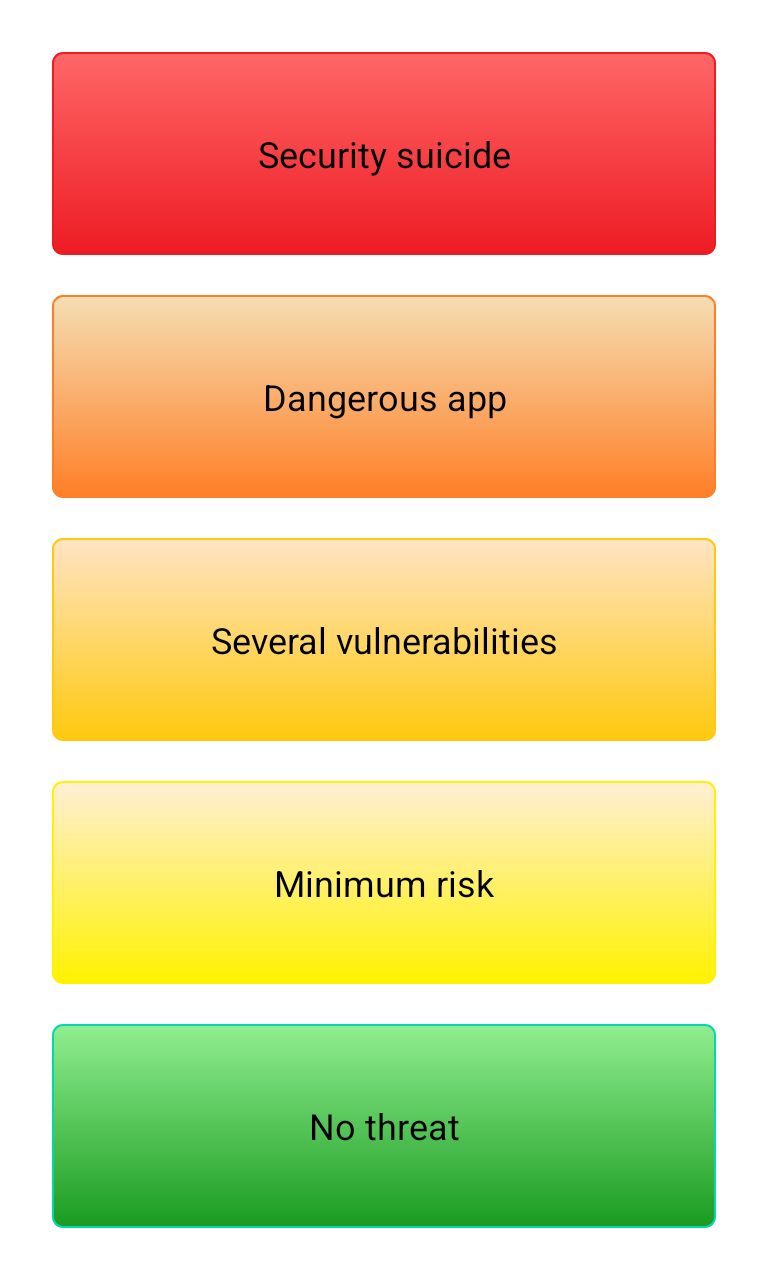
Repository: n0whereman/feidroid
Layout: Src/ApplicationViewer/res/layout/fragment_analysis2.xml
These files come from the project's save history. The layout is drawn as it stood at one moment and after the next save; the edit follows.
It is drawn on a 768 x 1280 px phone screen (xhdpi) without system bars, with theme android:Theme.Holo.Light; the app's code is not run.

Above is the layout before, as saved 2015-04-25 20:35:05.

After the next save:
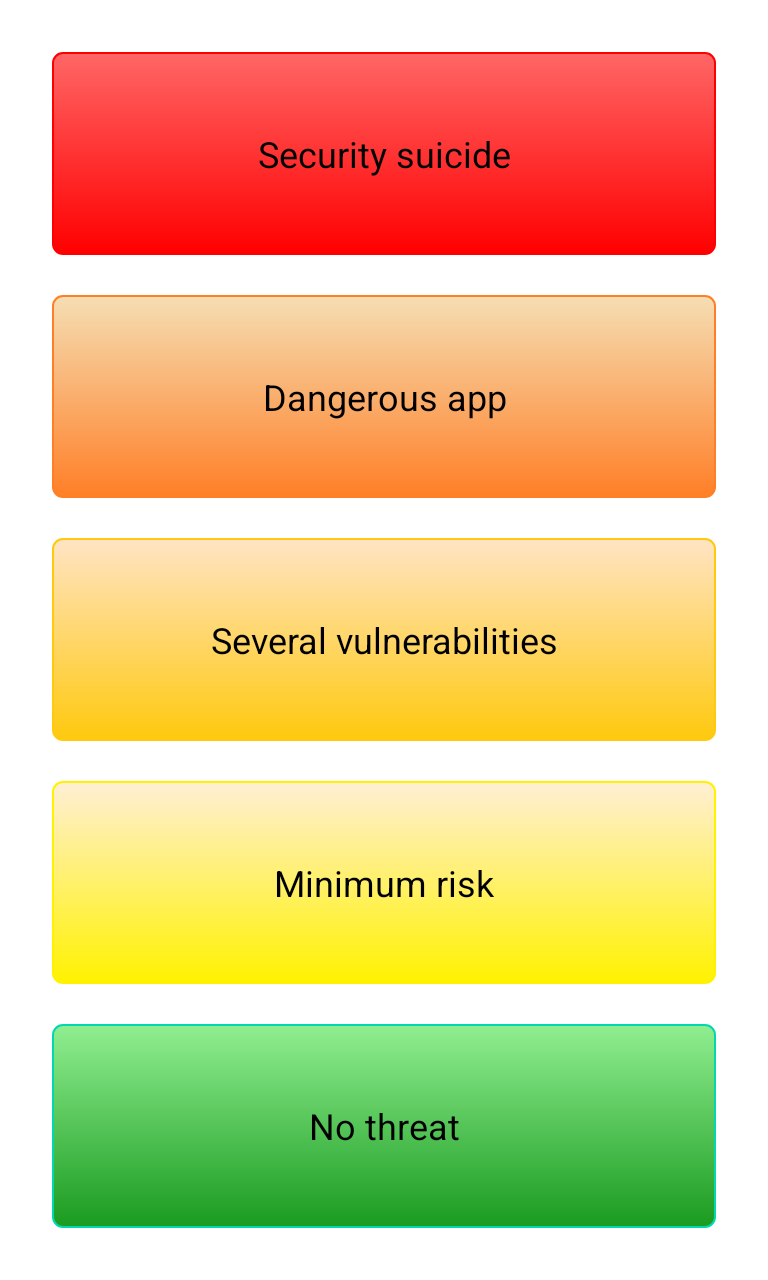
Saved 30 s later.
--- a/Src/ApplicationViewer/res/values/colors.xml
+++ b/Src/ApplicationViewer/res/values/colors.xml
@@ -33,7 +33,7 @@
 
 	<!-- Red -->
 	<color name="red_temp">#FF6666</color>
-	<color name="red_dark">#ED1C24</color>
-	<color name="bright_red">#ED1C24</color>
-	<color name="button_red">#ED1C24</color>
+	<color name="red_dark">#FF0000</color>
+	<color name="bright_red">#FF0000</color>
+	<color name="button_red">#FF0000</color>
 </resources>
